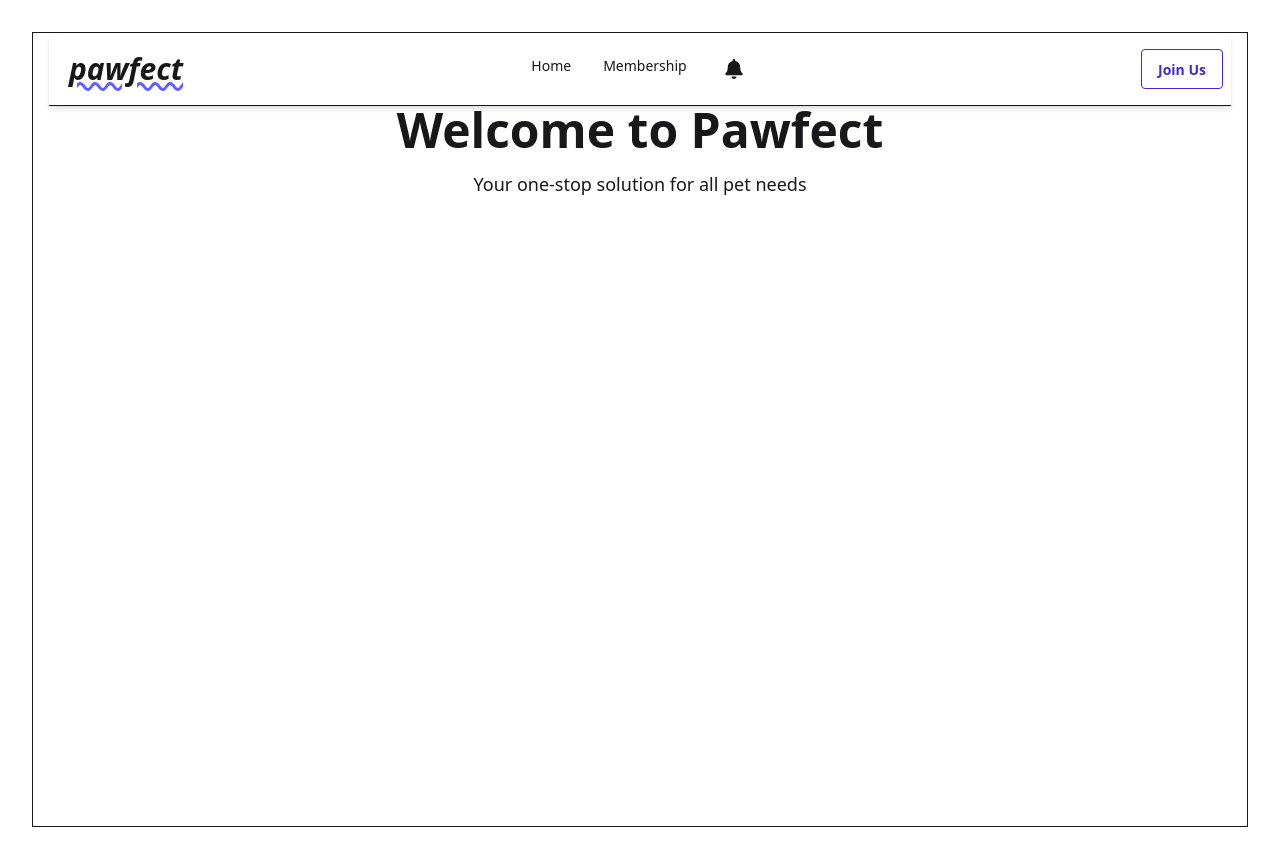
Repository: syedbayzid82849/DevForum_client_site
Page: /
These files come from the project's save history. The page is drawn as it stood at one moment and after a run of saves; the edit follows.
The browser window is 1280 px wide. The pictures show the whole page.
The project was rebuilt for these pictures with package versions that can differ from the ones it lists, and the page was loaded fresh each time. Also part of the build but not shown: vite.config.js, src/App.jsx, src/components/Navbar/JoinUsModal.jsx, src/pages/Authentication/Login.jsx, src/pages/Authentication/AuthLayout.jsx, src/pages/Authentication/Register.jsx.

Above is the page before, as saved 2025-07-08 22:41:43.

After the next 3 saves:
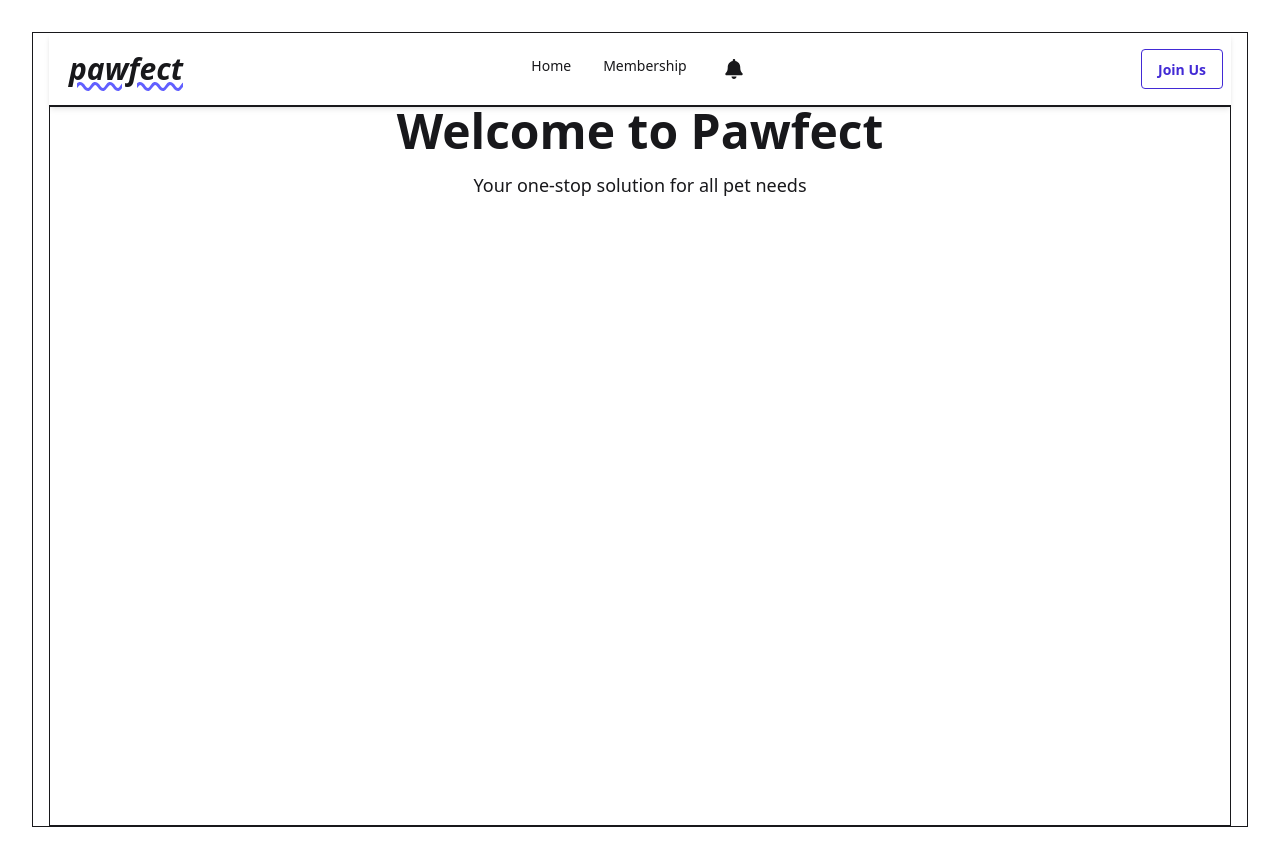
The 3 saves are shown as one change because they came seconds apart.
The last was saved 18 s later.
--- a/src/pages/Home/Home.jsx
+++ b/src/pages/Home/Home.jsx
@@ -3,7 +3,7 @@ import HeroSection from './HeroSection';
 
 const Home = () => {
     return (
-        <div className='min-h-screen max-w-7xl'>
+        <div className='min-h-screen max-w-7xl mx-auto flex flex-col px-4 border'>
             <HeroSection />
         </div>
     );
